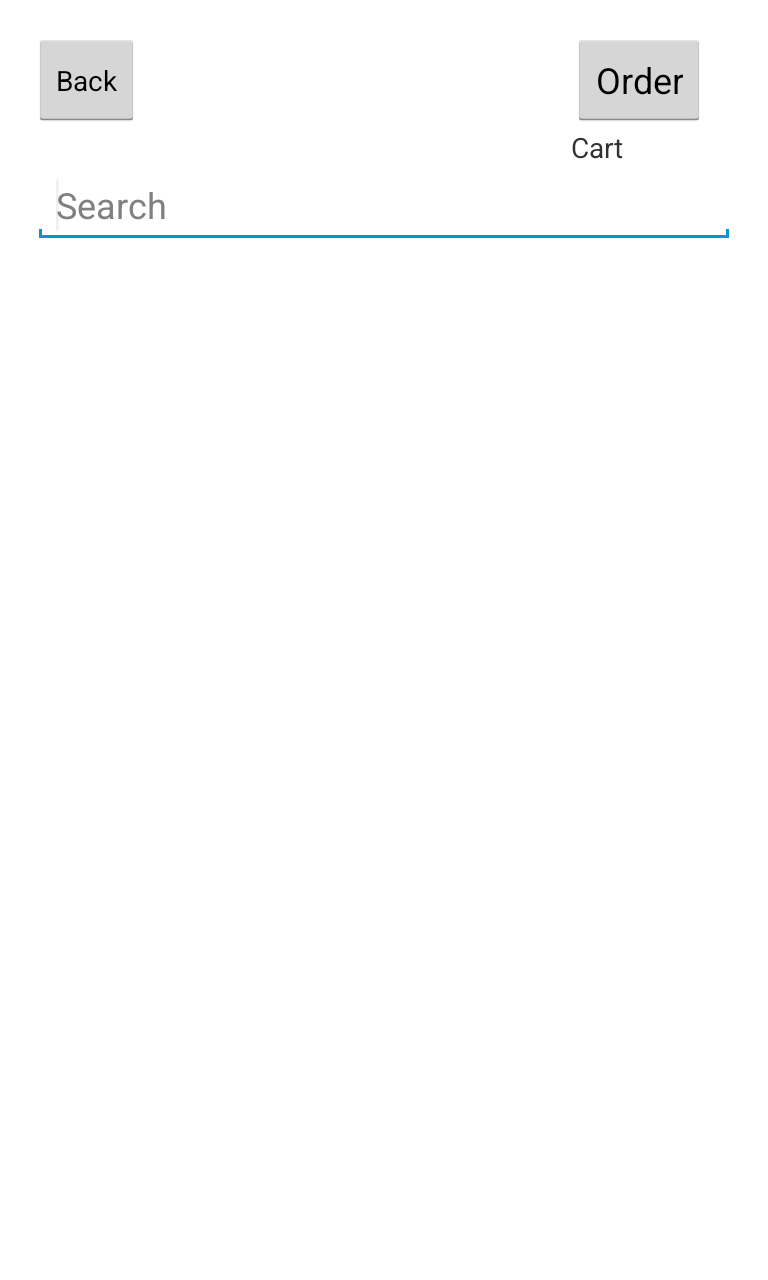
Repository: PotatoBiscuit/Thirstbuster
Layout: MobApp/workspace/DrinkAndGo/res/layout/activity_menu.xml
An editor plug-in stored every save of this project. The layout is shown before and after the next save, followed by the edit.
It is drawn on a 768 x 1280 px phone screen (xhdpi) without system bars, with theme AppTheme; the app's code is not run. The app's manifest (not shown) leaves right-to-left support off. So textAlignment, textDirection and layoutDirection are ignored, and left and right values win over start and end ones.

Above is the layout before, as saved 2016-04-18 00:46:42.

After the next save:
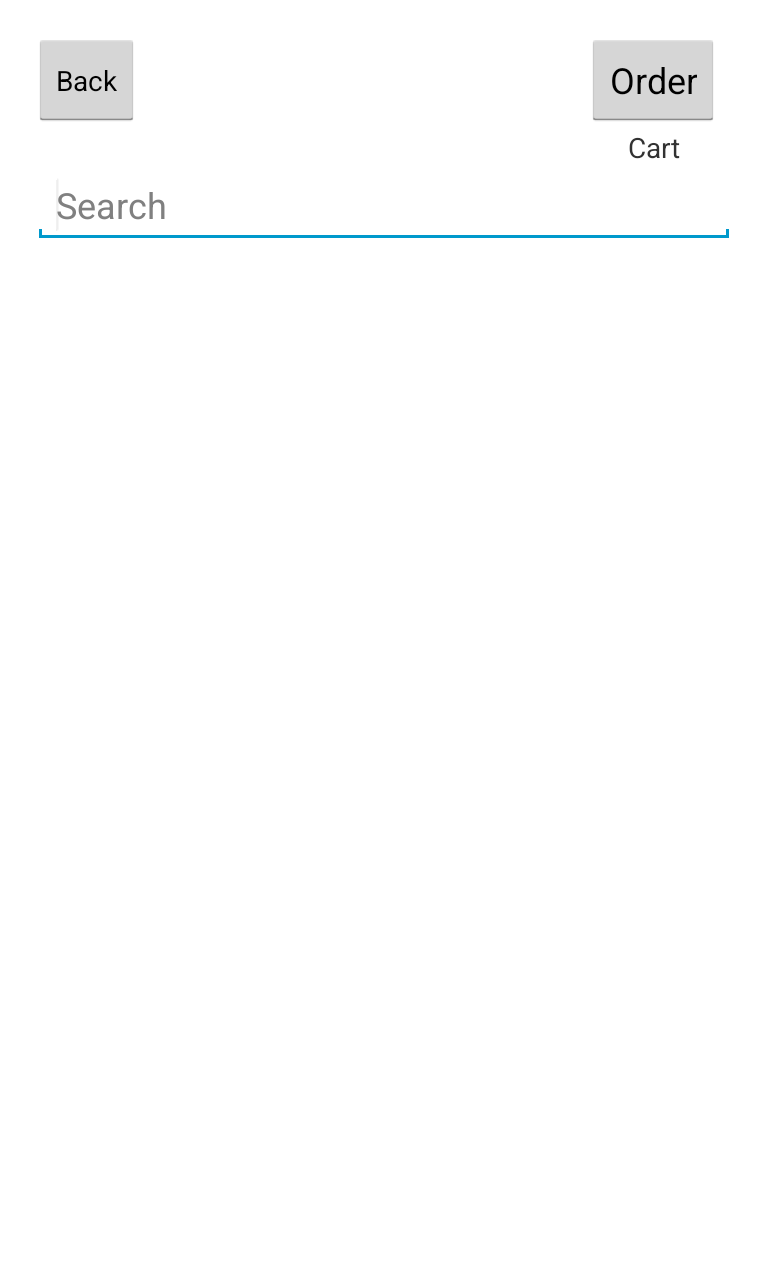
Saved 60 s later.
--- a/MobApp/workspace/DrinkAndGo/res/layout/activity_menu.xml
+++ b/MobApp/workspace/DrinkAndGo/res/layout/activity_menu.xml
@@ -43,6 +43,7 @@
                 android:layout_height="wrap_content"
                 android:layout_alignParentEnd="true"
                 android:layout_alignParentTop="true"
+                android:gravity="center_horizontal"
                 android:orientation="vertical" >
 
                 <Button
@@ -56,7 +57,9 @@
                     android:id="@+id/cart"
                     android:layout_width="wrap_content"
                     android:layout_height="wrap_content"
+                    android:layout_gravity="center_horizontal"
                     android:ems="5"
+                    android:gravity="center_horizontal"
                     android:text="@string/cart" />
 
             </LinearLayout>
